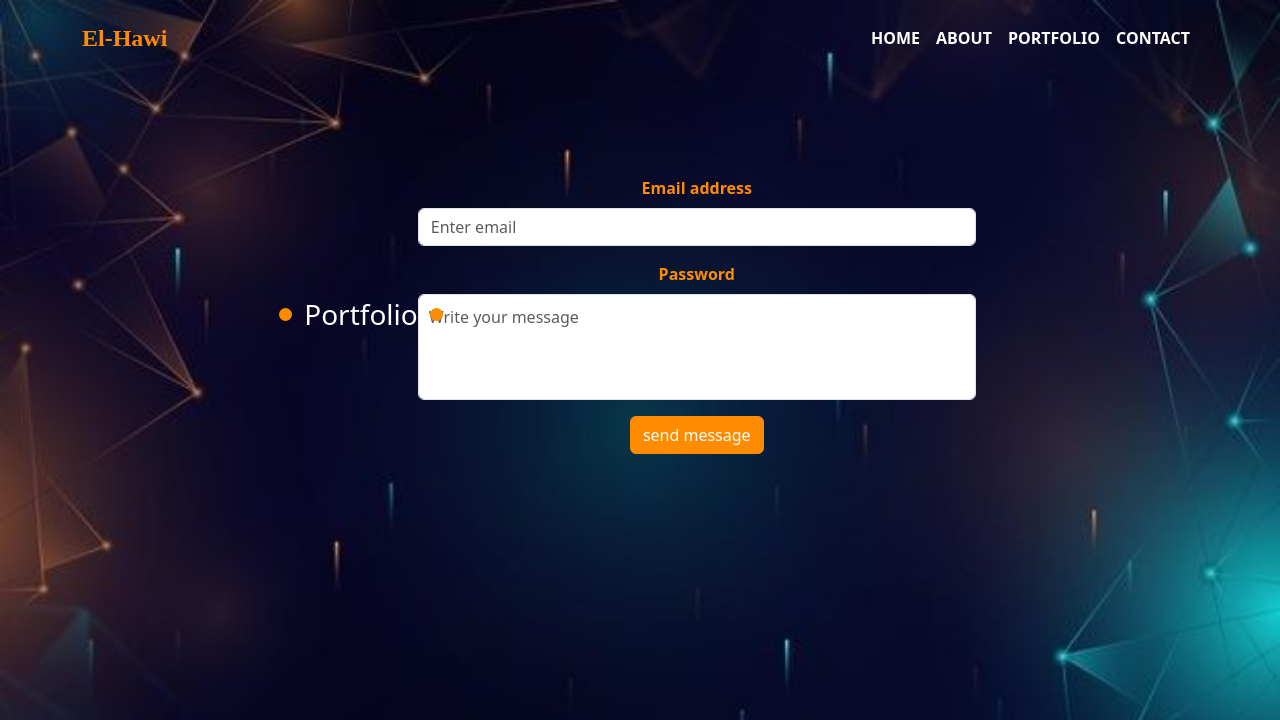
Repository: amralhawi123/Portfolio
Page: /contact
The author's editor kept a copy of each file at every save. The page is drawn from the files as they stood at one save, then again after the next save.
The browser window is 1280 px wide. The pictures show the whole page.
The project was rebuilt for these pictures with package versions that can differ from the ones it lists, and the page was loaded fresh each time. Also part of the build but not shown: src/components/landing/landing.css, src/components/landing/landing.js, src/components/about/about.css, src/components/about/About.js, src/components/Portfolio/portfolio.css, src/components/Portfolio/Portfolio.js. Imported but missing from the stored project, and not drawn on this page: src/image/Amr Mahmoud Alhawi.pdf.

Above is the page before, as saved 2023-08-28 17:30:12.

### public/index.html
<!DOCTYPE html>
<html lang="en">
  <head>
    <meta charset="utf-8" />
    <link rel="icon" href="%PUBLIC_URL%/favicon.ico" />
    <meta name="viewport" content="width=device-width, initial-scale=1" />
    <meta name="theme-color" content="#000000" />
    <meta
      name="description"
      content="Web site created using create-react-app"
    />
    <link rel="stylesheet" href="https://cdnjs.cloudflare.com/ajax/libs/font-awesome/6.4.2/css/all.min.css" integrity="sha512-z3gLpd7yknf1YoNbCzqRKc4qyor8gaKU1qmn+CShxbuBusANI9QpRohGBreCFkKxLhei6S9CQXFEbbKuqLg0DA==" crossorigin="anonymous" referrerpolicy="no-referrer" />

    <link rel="apple-touch-icon" href="%PUBLIC_URL%/logo192.png" />
    <link rel="manifest" href="%PUBLIC_URL%/manifest.json" />
    <title>My Portfolio</title>
  </head>
  <body>
    <!-- <noscript>You need to enable JavaScript to run this app.</noscript> -->
    <div id="root"></div>

  </body>
</html>

### src/components/navbar/MayNav.js
import React from 'react'
import './Maynav.css'
import { Nav, Navbar } from 'react-bootstrap'

const MayNav = () => {
  return (
       <div className='myNav'>
      <Navbar    expand="lg" data-bs-theme="dark">
      <Navbar.Brand href="#home" className='fs-4'>El-Hawi</Navbar.Brand>
        <Navbar.Toggle aria-controls="basic-navbar-nav" />
        <Navbar.Collapse id="basic-navbar-nav">
        <Nav className="ms-auto links">
            <Nav.Link href="#home">HOME</Nav.Link>
            <Nav.Link href="#about">ABOUT</Nav.Link>
            <Nav.Link href="#portfolio">PORTFOLIO</Nav.Link>
            <Nav.Link href="#contact">CONTACT</Nav.Link>
          </Nav>
        </Navbar.Collapse>
    </Navbar>
     </div>

  )
}

export default MayNav

### src/components/contact/contact.js
import React from 'react'
import './contact.css'
import { Button, Form } from 'react-bootstrap'
const Contact = () => {
  return (
    <div className='contact text-center' id='contact'>
      <h3 className=' my-3'>Portfolio</h3>
       <Form>
      <Form.Group className="mb-3" controlId="formBasicEmail">
        <Form.Label>Email address</Form.Label>
        <Form.Control type="email" placeholder="Enter email" />
      </Form.Group>

      <Form.Group className="mb-3" controlId="formBasicPassword">
        <Form.Label>Password</Form.Label>
        <Form.Control type="text" className='heghit' placeholder="Write your message" />
      </Form.Group>
      <Button variant="primary" className='button' type="submit">
        send message
      </Button>
    </Form>
    </div>
  )
}

export default Contact

### src/components/navbar/Maynav.css
.myNav .navbar-brand{
   font-weight: bold ;
   font-family: auto;
   color:darkorange;
}

.navbar-toggler{
   background-color: white !important;
}
@media (max-width:576px) {
   .navbar-toggler{
      display: none !important;
   }
   .collapse:not(.show) {
      display: block !important;
  }
}
.myNav .links a {
   display: flex;
    justify-content: center;
    align-items: center;
    height: 60px;
    padding: 0 20px;
    position: relative;
    transition: .2s;
    overflow: hidden;
    text-decoration: auto;
    color: white;
    font-weight: 700;
}
.myNav .links a::before{
   content: '';
   position: absolute;
   width: 100%;
   height: 3px;
   background-color: darkorange;
   top: 0;
   left: -100%;
   transition: .2s;
}
.myNav .links a:hover::before {
   left: 0;
}
@media (max-width:576px) {
   .navbar-toggler{
      display: none !important;
   }
   .collapse:not(.show) {
      display: block !important;
  }
  .navbar-nav {
    flex-direction: row !important;
  }
  .myNav .links a{
   padding: 0 15px;
  }
  .navbar{
   display: block !important;
   text-align: center;
  }
  .myNav .links a::before{
   top: 94%;
   left: -100%;
   transition: .2s;
}

}

### src/components/contact/contact.css
.contact{
   margin: 100px 0;
    text-align: center;
    display: flex;
    justify-content: center;
    align-items: center;
}

.form-label {
   margin-bottom: .5rem;
   color: darkorange;
   font-weight: bold;
}
form{
   width: 50%;
}
form .heghit{
   padding: 10px 0 70px 10px;
}
.button{
   background-color: darkorange !important;
   border-color: darkorange !important;
}
.contact  h3{
   color: white;
   position: relative;
   display: inline-block;
}
.contact  h3::before{
   content: '';
   position: absolute;
   background-color: darkorange;
   width: 13px;
   height: 13px;
   border-radius: 50%;
   left: -25px;
   top: 30%;
}
.contact  h3::after{
   content: '';
   position: absolute;
   background-color: darkorange;
   width: 13px;
   height: 13px;
   border-radius: 50%;
   right: -25px;
   top: 30%;
}

Loaded but not shown: src/index.js (common file); src/App.js (common file); src/index.css (common file)

After the next save:
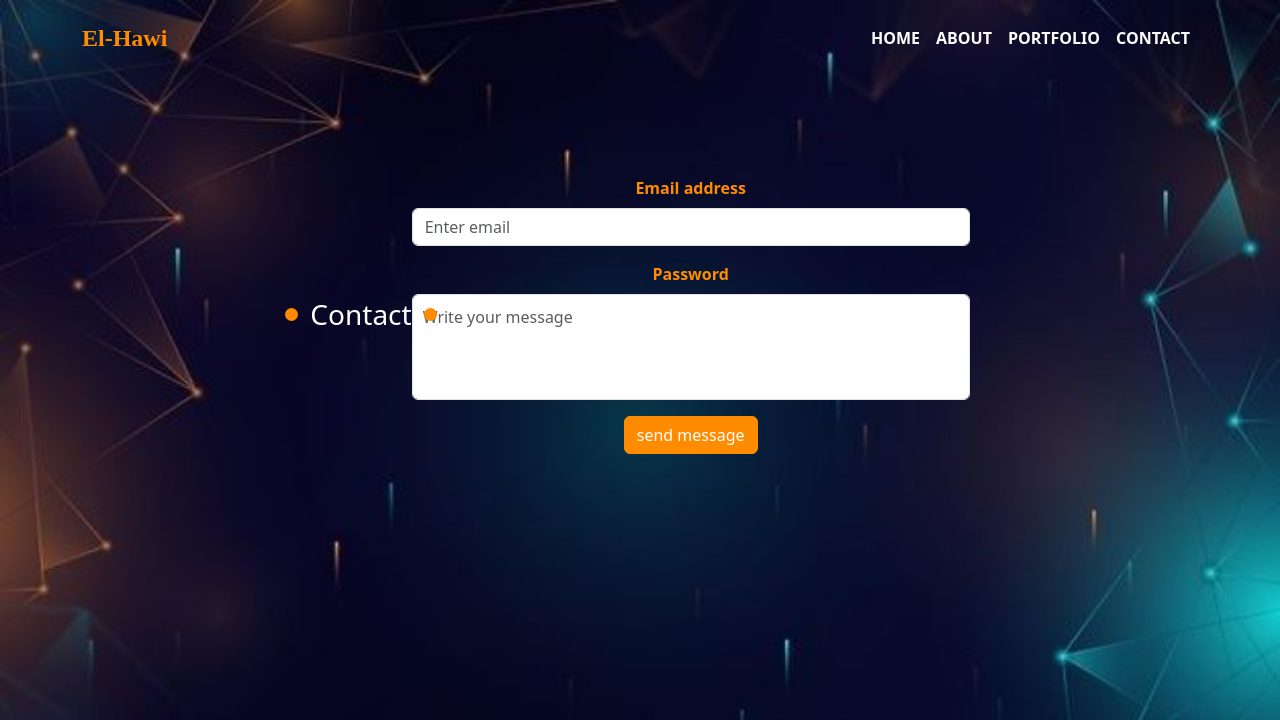
Saved 21 s later.
--- a/src/components/contact/contact.js
+++ b/src/components/contact/contact.js
@@ -4,7 +4,7 @@ import { Button, Form } from 'react-bootstrap'
 const Contact = () => {
   return (
     <div className='contact text-center' id='contact'>
-      <h3 className=' my-3'>Portfolio</h3>
+      <h3 className=' my-3'>Contact</h3>
        <Form>
       <Form.Group className="mb-3" controlId="formBasicEmail">
         <Form.Label>Email address</Form.Label>
